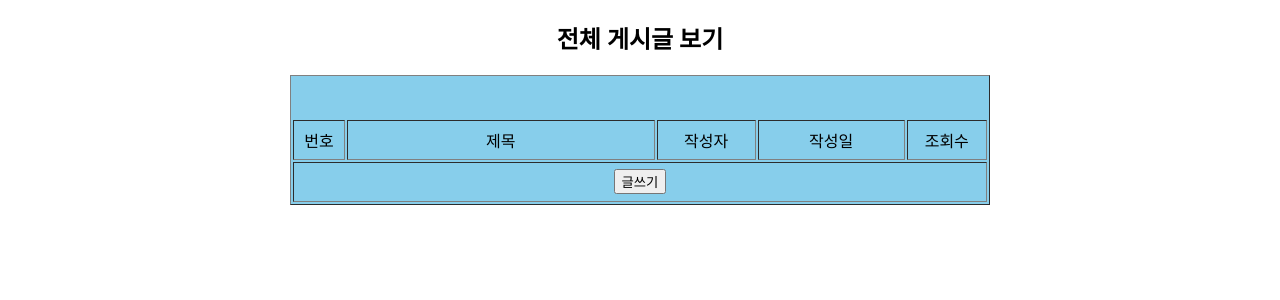
Repository: kdw1437/CreateBoardProject
Page: http://localhost/Board/BoardList.jsp
The author's editor kept a copy of each file at every save. The page is drawn from the files as they stood at one save, then again after the next save.
The browser window is 1280 px wide. The pictures show the whole page.
The page is served by Tomcat 9. Other server files are loaded and not shown. Queries for data that is not in the repository find no rows.

Above is the page before, as saved 2024-08-08 07:34:07.

### Board/src/main/webapp/BoardList.jsp
<%@page import="model.BoardBean"%>
<%@page import="java.util.Vector"%>
<%@ page language="java" contentType="text/html; charset=EUC-KR"
    pageEncoding="EUC-KR"%>
<%@ page import="model.BoardDAO" %>
<!DOCTYPE html>
<html>
<body>

<%
	//전체 게시글의 내용을 jsp쪽으로 가져와야 함.
	BoardDAO bdao = new BoardDAO();

	//전체 게시글을 리턴 받아주는 소스
	Vector<BoardBean> vec = bdao.getAllBoard();


%>

<center>
<h2> 전체 게시글 보기</h2>
<table width="700" border="1" bgcolor="skyblue">
	<tr height = "40">
	<tr height = "40">
		<td width = "50" align="center"> 번호 </td>
		<td width = "320" align="center"> 제목 </td>
		<td width = "100" align="center"> 작성자 </td>
		<td width = "150" align="center"> 작성일 </td>
		<td width = "80" align="center"> 조회수 </td>
	</tr>

<%
	for (int i = 0; i <vec.size(); i++) {
		BoardBean bean = vec.get(i); //벡터에 저장되어 있는 빈클래스를 하나씩 추출
%>
	<tr height = "40">
		<td width = "50" align="center"> <%= i+1 %> </td>
		<td width = "320" align="left">
		<a href="BoardInfo.jsp?num=<%=bean.getNum()%>" style="text-decoration:none;">

		<%
			if(bean.getRe_step() > 1) {
				for(int j = 0; j < (bean.getRe_step()-1)*5 ; j++) {
		%>&nbsp;
		<%		}
			}
		%>

			<%=bean.getSubject() %></a> </td>
		<td width = "100" align="center"> <%=bean.getWriter() %> </td>
		<td width = "150" align="center"> <%=bean.getReg_date() %> </td>
		<td width = "80" align="center"> <%=bean.getReadcount() %> </td>
	</tr>
<%
	}
%>
	<tr height="40">
		<td align="center" colspan="5">
		<input type="button" value="글쓰기" onclick="location.href='BoardWriteForm.jsp'"></td>
	</tr>

</table>

</center>
</body>
</html>

### Board/src/main/java/model/BoardDAO.java
package model;

import java.sql.Connection;
import java.sql.PreparedStatement;
import java.sql.ResultSet;
import java.util.Vector;

import javax.naming.Context;
import javax.naming.InitialContext;
import javax.sql.DataSource;

public class BoardDAO {

	Connection con;
	PreparedStatement pstmt;
	ResultSet rs;

	//데이터 베이스의 커넥션풀을 사용하도록 설정하는 메소드
	public void getCon() {
		try {
			Context initctx = new InitialContext();
			Context envctx = (Context) initctx.lookup("java:comp/env");
			DataSource ds = (DataSource) envctx.lookup("jdbc/pool");
			//dataSource
			con = ds.getConnection();

		} catch (Exception e) {
			e.printStackTrace();
		}
	}

	//하나의 새로운 게시글이 넘어와서 저장되는 메소드
	public void insertBoard(BoardBean bean) {

		getCon();
		//빈클래스에 넘어오지 않았던 데이터들을 초기화 해주어야 한다.
		int ref = 0;//글 그룹을 의미 = 쿼리를 실행시켜서 가장 큰 ref값을 가져온 후 +1을 더해주면 된다.
		int re_step = 1;//새 글이기에 = 부모 글이기에
		int re_level = 1;

		try {
			//가장 큰 ref값을 읽어오는 쿼리 준비
			String refsql = "select max(ref) from board";
			//쿼리 실행 객체
			pstmt = con.prepareStatement(refsql);
			//쿼리 실행 후 결과를 리턴
			rs = pstmt.executeQuery();

			if (rs.next()) { //결과 값이 있다면
				ref = rs.getInt(1)+1;//최대값에 +1을 더해서 글그룹을 설정
			}

			//실제로 게시글 전체 값을 테이블에 저장
			String sql = "insert into board values(BOARD_SEQ.NEXTVAL,?,?,?,?,sysdate,?,?,?,0,?)";
			pstmt = con.prepareStatement(sql);
			//?에 값을 맵핑
			pstmt.setString(1, bean.getWriter());
			pstmt.setString(2, bean.getEmail());
			pstmt.setString(3, bean.getSubject());
			pstmt.setString(4, bean.getPassword());
			pstmt.setInt(5, ref);
			pstmt.setInt(6, re_step);
			pstmt.setInt(7, re_level);
			pstmt.setString(8, bean.getContent());

			//쿼리를 실행하시오.
			pstmt.executeUpdate();

			//자원 반납(다시 커넥션풀로 돌아간다.)
			con.close();
		} catch (Exception e) {
			e.printStackTrace();		}
	}


	//모든 게시글을 리턴해주는 메소드 작성
	public Vector<BoardBean> getAllBoard() {

		//리턴할 객체 선언
		Vector<BoardBean> v = new Vector<>();

		getCon();

		try {
			//쿼리 준비
			String sql = "select * from board order by ref desc ,re_step asc";

			//쿼리를 실행할 객체 선언
			pstmt = con.prepareStatement(sql);

			//쿼리 실행 후 결과 저장
			rs = pstmt.executeQuery();

			//데이터 개수가 몇개 인지 모르기에, 반복문을 이용하여 데이터를 추출
			while(rs.next()) {
				//데이터를 패키징(가방 = Boardbean 클래스를 이용해서 패키징 해준다.)
				BoardBean bean = new BoardBean();
				bean.setNum(rs.getInt(1));
				bean.setWriter(rs.getString(2));
				bean.setEmail(rs.getString(3));
				bean.setSubject(rs.getString(4));
				bean.setPassword(rs.getString(5));
				bean.setReg_date(rs.getDate(6).toString());
				bean.setRef(rs.getInt(7));
				bean.setRe_step(rs.getInt(8));
				bean.setRe_level(rs.getInt(9));
				bean.setReadcount(rs.getInt(10));
				bean.setContent(rs.getString(11));

				//패키징한 데이터를 벡터에 저장
				v.add(bean);
			}

			con.close();
		} catch (Exception e) {
			e.printStackTrace();
		}
		return v;
	}

	//하나의 게시글을 리턴하는 메소드 작성
	public BoardBean getOneBoard(int num) {

		//리턴타입 선언
		BoardBean bean = new BoardBean();
		getCon();

		try {
		//조회수 증가 쿼리
		String readsql = "update board set readcount = readcount + 1 where num=?";
		pstmt = con.prepareStatement(readsql);
		pstmt.setInt(1, num);

		pstmt.executeUpdate();


		//쿼리 준비
		String sql = "select * from board where num=?";

		//쿼리 실행 객체 선언
		pstmt = con.prepareStatement(sql);
		pstmt.setInt(1, num);

		//쿼리 실행후 결과를 리턴
		rs = pstmt.executeQuery();
		if (rs.next()) {
			bean.setNum(rs.getInt(1));
			bean.setWriter(rs.getString(2));
			bean.setEmail(rs.getString(3));
			bean.setSubject(rs.getString(4));
			bean.setPassword(rs.getString(5));
			bean.setReg_date(rs.getDate(6).toString());
			bean.setRef(rs.getInt(7));
			bean.setRe_step(rs.getInt(8));
			bean.setRe_level(rs.getInt(9));
			bean.setReadcount(rs.getInt(10));
			bean.setContent(rs.getString(11));
		}
		con.close();
		} catch (Exception e) {
			e.printStackTrace();
		}
		return bean;
	}

	//답변글이 저장되는 메소드
	public void reWriteBoard(BoardBean bean) {
		//부모글 그룹과 글레벨 글스텝을 읽어드림
		int ref = bean.getRef();
		int re_step = bean.getRe_step();
		int re_level = bean.getRe_level();

		getCon();

		try {
			//////////////////핵심코드/////////////////////
			//부모 글보다 큰 re_level의 값을 전부 1씩 증가시켜줌
			String levelsql = "update board set re_level=re_level + 1 where ref=? and re_level > ?";

			//쿼리실행객체 선언
			pstmt = con.prepareStatement(levelsql);
			pstmt.setInt(1, ref);
			pstmt.setInt(2, re_level);

			//쿼리 실행
			pstmt.executeUpdate();

			//답변글 데이터를 저장
			String sql = "insert into board values(board_seq.NEXTVAL,?,?,?,?,sysdate,?,?,?,0,?)";
			pstmt = con.prepareStatement(sql);

			//?에 값을 대입
			pstmt.setString(1, bean.getWriter());
			pstmt.setString(2, bean.getEmail());
			pstmt.setString(3, bean.getSubject());
			pstmt.setString(4, bean.getPassword());
			pstmt.setInt(5, ref); //부모의 ref값을 넣어줌
			pstmt.setInt(6, re_step + 1); //답글이기에 부모 글 re_step에 1을 더해줌
			pstmt.setInt(7,  re_level + 1);
			pstmt.setString(8, bean.getContent());

			pstmt.executeUpdate();
			con.close();
		} catch (Exception e) {
			e.printStackTrace();
		}
	}

	//boardupdate용 하나의 게시글을 리턴
	public BoardBean getOneUpdateBoard(int num) {

		//리턴타입 선언
		BoardBean bean = new BoardBean();
		getCon();

		try {

		//쿼리 준비
		String sql = "select * from board where num=?";

		//쿼리 실행 객체 선언
		pstmt = con.prepareStatement(sql);
		pstmt.setInt(1, num);

		//쿼리 실행후 결과를 리턴
		rs = pstmt.executeQuery();
		if (rs.next()) {
			bean.setNum(rs.getInt(1));
			bean.setWriter(rs.getString(2));
			bean.setEmail(rs.getString(3));
			bean.setSubject(rs.getString(4));
			bean.setPassword(rs.getString(5));
			bean.setReg_date(rs.getDate(6).toString());
			bean.setRef(rs.getInt(7));
			bean.setRe_step(rs.getInt(8));
			bean.setRe_level(rs.getInt(9));
			bean.setReadcount(rs.getInt(10));
			bean.setContent(rs.getString(11));
		}
		con.close();
		} catch (Exception e) {
			e.printStackTrace();
		}
		return bean;
	}

	//update와 delete시 필요한 패스워드값을 리턴해주는 메소드
	public String getPass(int num) {
		String pass ="";

		getCon();

		try {
			//쿼리준비
			String sql = "select password from board where num=?";

			//쿼리실행할 객체 선언
			pstmt = con.prepareStatement(sql);
			pstmt.setInt(1, num);
			rs = pstmt.executeQuery();

			//패스워드값을 저장
			if (rs.next()) {
				pass = rs.getString(1); //패스워드 값을 저장
			}

			//자원 반납
			con.close();
		} catch (Exception e) {
			e.printStackTrace();
		}
		return pass;
	}

	//하나의 게시글을 수정하는 메소드
	public void updateBoard(BoardBean bean) {

		getCon();

		try {
			//쿼리 준비
			String sql = "update board set subject=?, content=? where num=?";
			pstmt = con.prepareStatement(sql);

			//?값을 대입
			pstmt.setString(1, bean.getSubject());
			pstmt.setString(2, bean.getContent());
			pstmt.setInt(3, bean.getNum());

			pstmt.executeUpdate();

			con.close();
		} catch (Exception e) {
			e.printStackTrace();
		}
	}

	//하나의 게시글을 삭제하는 메소드
	public void deleteBoard(int num) {

		getCon();

		try {
			//쿼리준비
			String sql = "delete from board where num=?";
			pstmt = con.prepareStatement(sql);
			//?
			pstmt.setInt(1, num);
			//쿼리 실행
			pstmt.executeUpdate();
			//자원 반납
			con.close();

		} catch (Exception e) {
			e.printStackTrace();
		}
	}
}

After the next save:
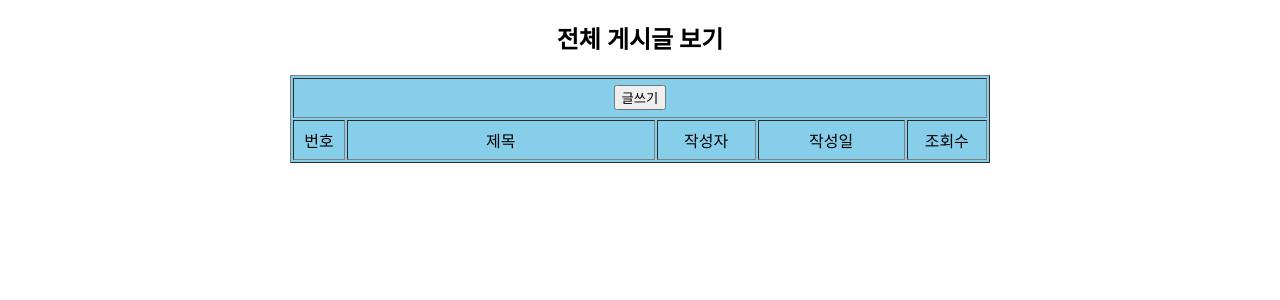
Saved 34 s later.
--- a/Board/src/main/webapp/BoardList.jsp
+++ b/Board/src/main/webapp/BoardList.jsp
@@ -20,7 +20,10 @@
 <center>
 <h2> 전체 게시글 보기</h2>
 <table width="700" border="1" bgcolor="skyblue">
-	<tr height = "40">
+	<tr height="40">
+		<td align="center" colspan="5">
+		<input type="button" value="글쓰기" onclick="location.href='BoardWriteForm.jsp'"></td>
+	</tr>
 	<tr height = "40">
 		<td width = "50" align="center"> 번호 </td>
 		<td width = "320" align="center"> 제목 </td>
@@ -54,10 +57,7 @@
 <%
 	}
 %>
-	<tr height="40">
-		<td align="center" colspan="5">
-		<input type="button" value="글쓰기" onclick="location.href='BoardWriteForm.jsp'"></td>
-	</tr>
+
 
 </table>
 
